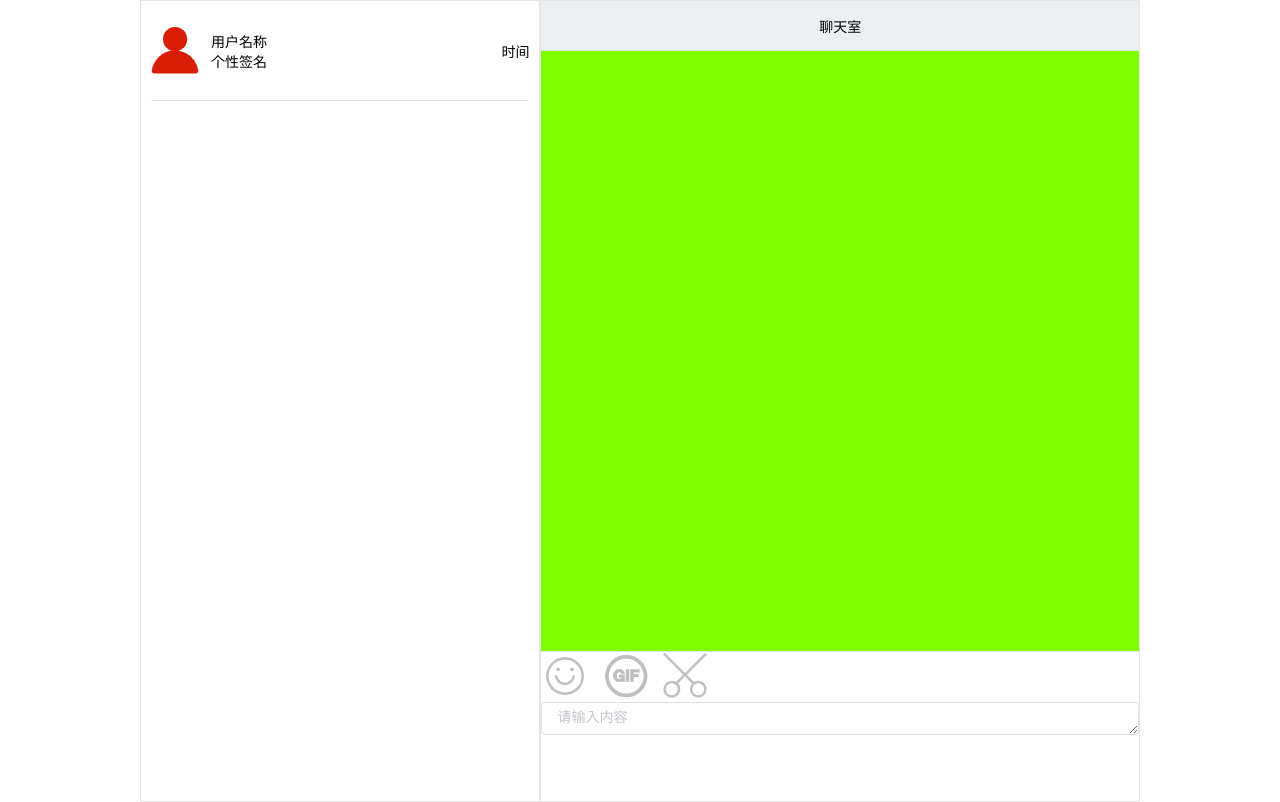
Repository: jinggegeZ/livechat
Page: /
The author's editor kept a copy of each file at every save. The page is drawn from the files as they stood at one save, then again after the next save.
The browser window is 1280 px wide. The pictures show the whole page.
The project was rebuilt for these pictures with package versions that can differ from the ones it lists, and the page was loaded fresh each time.

Above is the page before, as saved 2020-08-17 12:41:50.

### src/main.js
import Vue from 'vue'
import App from './App.vue'
import router from './router'
import store from './store'
import ElementUI from 'element-ui';
import 'element-ui/lib/theme-chalk/index.css';

Vue.config.productionTip = false
Vue.use(ElementUI);
new Vue({
  router,
  store,
  render: h => h(App)

}).$mount('#app')

### src/App.vue
<template>
  <div id="app">

    <router-view/>
  </div>
</template>

<style lang="scss">
*{
  margin: 0;
  padding: 0;
}
</style>

### src/views/Home.vue
<template>
  <div class="content">
    <div class="content-c">
      <div class="box">
        <!-- 用户信息 -->
        <div class="box1">
          <div class="box1-1">
            <div class="box1-1-1">
              <!-- 头像 -->
              <div class="img">
                <img src="../../public/image/active-my.png" alt />
              </div>
              <!-- 用户信息 -->
              <div>
                <div>用户名称</div>
                <div>个性签名</div>
              </div>
            </div>
            <!-- 时间 -->
            <div>时间</div>
          </div>
        </div>
        <!-- 聊天信息 -->
        <div class="box2">
          <div class="box2-1">
              <div class="box2-1-top">聊天室</div>
              <div class="box2-1-body">

              </div>
          </div>
          <div class="box2-2">
            <div class="box2-2-1">
              <div class="img"><img src="../../public/image/small.png" alt=""></div>
              <div class="img"><img src="../../public/image/GIF.png" alt=""></div>
              <div class="img"><img src="../../public/image/chose.png" alt=""></div>
              <div class="img"><img src="" alt=""></div>
              <div class="img"><img src="" alt=""></div>
            </div>
            <div class="box2-2-2">
            <el-input type="textarea" v-model="input" placeholder="请输入内容" autosize="true"></el-input>
            </div>
          </div>
        </div>
      </div>
    </div>
  </div>
</template>

<script>
export default {
  name: "",
  props: {},
  components: {},
  data() {
    return {
      input:''
    };
  },
  methods: {},
  mounted() {},
  watch: {},
  computed: {},
};
</script>

<style scoped lang='scss'>
.content {
  width: 100%;
  display: flex;
  justify-content: center;
  font-size: 14px;
}
.content-c {
  width: 95%;
  display: flex;
  justify-content: center;
  align-items: center;
}
.box {
  width: 1000px;
  height: 800px;
  background: white;
  display: flex;
}
.box1 {
  flex: 4;
  height: 100%;
  display: flex;
  justify-content: center;
  border: 1px solid rgb(228, 228, 228);
}
.box1-1 {
  width: 95%;
  height: 99px;
  border-bottom: 1px solid rgb(228, 228, 228);
  display: flex;
  align-items: center;
  justify-content: space-between;
}
.box1-1-1 {
  display: flex;
  align-items: center;
  height: 100%;
}
.img {
  width: 50px;
  height: 50px;
  border-radius: 50%;
  margin-right: 10px;
}
.box2 {
  flex: 6;
  height: 100%;
  position: relative;
  border: 1px solid rgb(228, 228, 228);
}
.box2-2 {
  position: absolute;
  bottom: 0;
  width: 100%;
  height: 149px;
  z-index: 1;
  border-top: 1px solid rgb(228, 228, 228);
}
.box2-1-top {
  width: 100%;
  height: 49px;
  border-bottom: 1px solid rgb(228, 228, 228);
  display: flex;
  justify-content: center;
  align-items: center;
  background: rgb(235,239,242);
}
.box2-1-body {
  width: 100%;
  height: 600px;
  background: chartreuse;
}
.box2-2-1 {
  width: 100%;
  height: 50px;
  display: flex;
  align-items: center;
}
.box2-2-2 {
  width: 100%;
  height: 100px;
}
</style>

Loaded but not shown: public/index.html (common file); src/router/index.js (common file); src/store/index.js (common file)

After the next save:
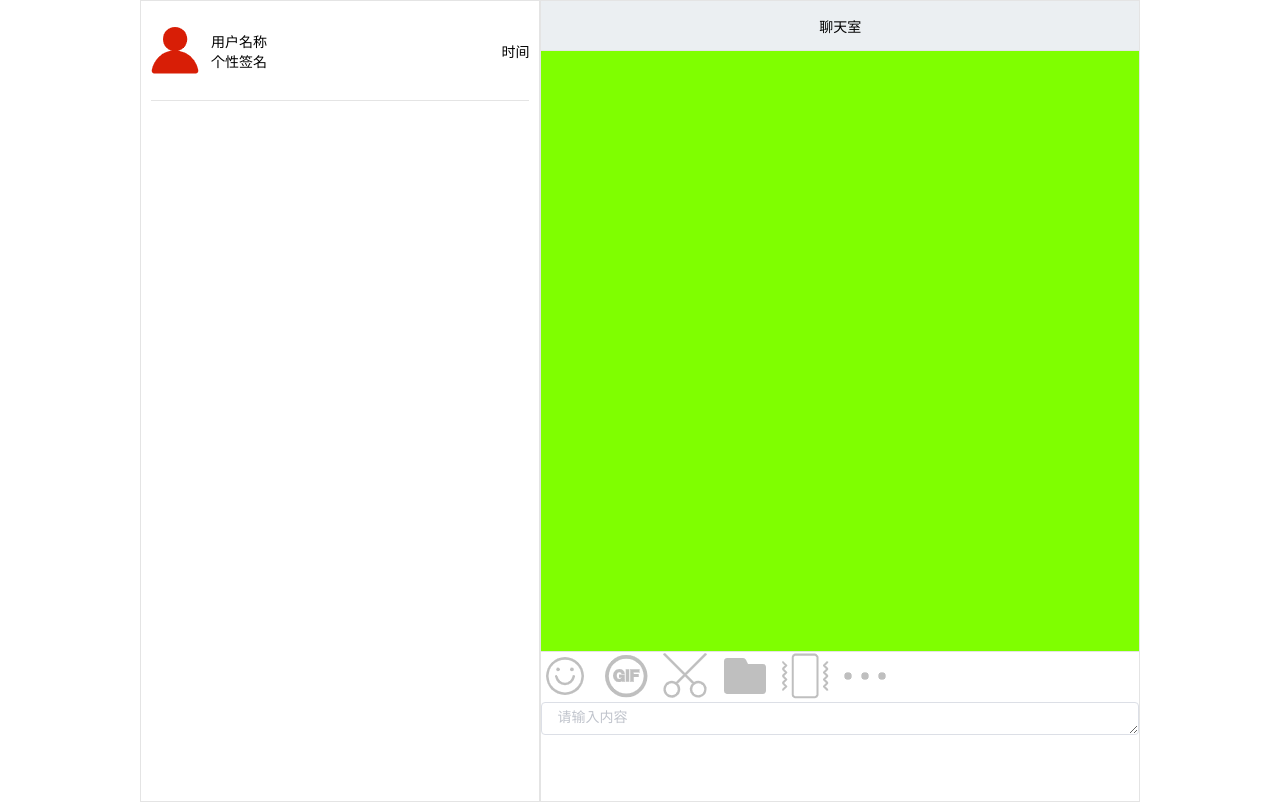
Saved 60 s later.
--- a/src/views/Home.vue
+++ b/src/views/Home.vue
@@ -33,8 +33,9 @@
               <div class="img"><img src="../../public/image/small.png" alt=""></div>
               <div class="img"><img src="../../public/image/GIF.png" alt=""></div>
               <div class="img"><img src="../../public/image/chose.png" alt=""></div>
-              <div class="img"><img src="" alt=""></div>
-              <div class="img"><img src="" alt=""></div>
+              <div class="img"><img src="../../public/image/word.png" alt=""></div>
+              <div class="img"><img src="../../public/image/move.png" alt=""></div>
+               <div class="img"><img src="../../public/image/more.png" alt=""></div>
             </div>
             <div class="box2-2-2">
             <el-input type="textarea" v-model="input" placeholder="请输入内容" autosize="true"></el-input>
